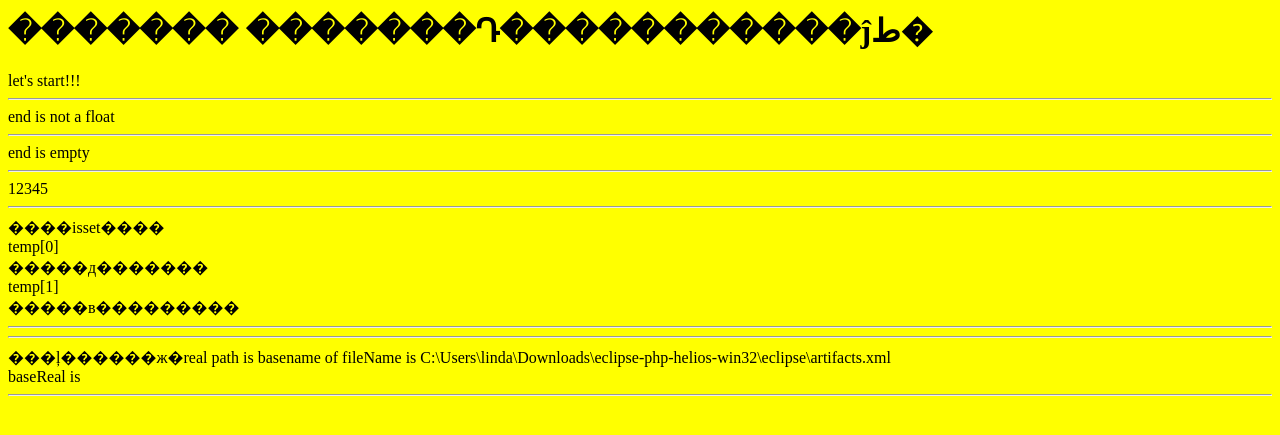
Repository: hanliyao/HelloWorld
Page: http://localhost/core/Common/testUnit.php
The author's editor kept a copy of each file at every save. The page is drawn from the files as they stood at one save, then again after the next save.
The browser window is 1280 px wide. The pictures show the whole page.
The page is run by PHP 8.4 with error messages shown; the project is at /var/www/html/.

Above is the page before, as saved 2016-02-05 02:39:33.

### HelloWorld/core/Common/testUnit.php
<!DOCTYPE unspecified PUBLIC "-//W3C//DTD HTML 4.01 Transitional//EN" "http://www.w3.org/TR/html4/loose.dtd">

<html>
    <head>
        <title>덜쯤꿎桿묏야女충</title>
        <style type="text/css">
        body{
            background-color:yellow;
        }
    </style>
    </head>

    <body>
        <h1>侶몸꼬롸 痰윱꿎桿덜쯤櫓唐狂痙돨뒈렘</h1>
        <?php
            echo "let's start!!!<br>";
            echo "<hr>";
            $end = '';
            if(is_float($end))
            {
                echo "end is float<br>";
            }else {
                echo "end is not a float<br>";
            }
            echo "<hr>";

           //꿎桿$end 角뤠槨왕
           if(empty($end))
           {
               echo "end is empty<br>";
           }else {
               echo "end is not empty<br>";
           }
           echo "<hr>";

           //뚤鑒莉돨쏵契꿎桿
           $_info = array();
           $_start = 'hello';
           $_info[$_start] = 12345;
           echo "$_info[$_start]<br>";
           echo "<hr>";
           //繫법뚤鑒莉돨꿎桿，랙君鑒莉돨苟깊옵鹿角俚륜눔，
           //怜狼뒤랗늴못놔宮壇돨苟깊，橙옵鹿혤놔俚륜눔櫓돨코휭

           //꿎桿isset변鑒
           echo "꿎桿isset변鑒<br>";
           $temp = array();
           $temp[0]="hello world";
           echo "temp[0]<br>";
           if(isset($temp[0]))
           {
               echo "鑒莉櫓닸瞳鑒앴<br>";
           }else {
               echo "鑒莉櫓꼇닸瞳鑒앴<br>";
           }
           echo "temp[1]<br>";
           if(isset($temp[1]))
           {
               echo "鑒莉櫓닸瞳鑒앴<br>";
           }else {
               echo "鑒莉櫓꼇닸瞳鑒앴<br>";
           }
           echo "<hr>";

           echo "<hr>";
           echo "뚤匡숭鱗놔털뙤";
           $fileName = "C:\\Users\\linda\\Downloads\\eclipse-php-helios-win32\\eclipse\\artifacts.xml<br>";
           //---------------------------------------------------
           $reapath = realpath($fileName);
           echo "real path is ".$reapath;
           //---------------------------------------------------
           $base = basename($fileName);
           echo "basename of fileName is $base";
           //---------------------------------------------------
           $baseReal = basename($reapath);
           echo  "baseReal is $baseReal";
           //---------------------------------------------------
           echo "<hr>";

           ?>
    </body>
</html>

After the next save:
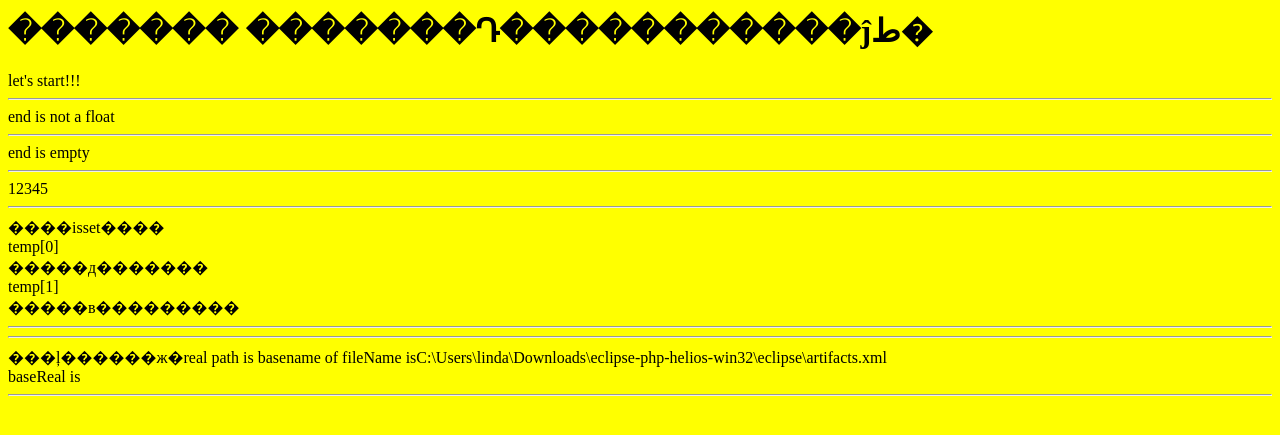
Saved 24 s later.
--- a/HelloWorld/core/Common/testUnit.php
+++ b/HelloWorld/core/Common/testUnit.php
@@ -70,10 +70,10 @@
            echo "real path is ".$reapath;
            //---------------------------------------------------
            $base = basename($fileName);
-           echo "basename of fileName is $base";
+           echo "basename of fileName is". $base;
            //---------------------------------------------------
            $baseReal = basename($reapath);
-           echo  "baseReal is $baseReal";
+           echo  "baseReal is". $baseReal;
            //---------------------------------------------------
            echo "<hr>";
 
